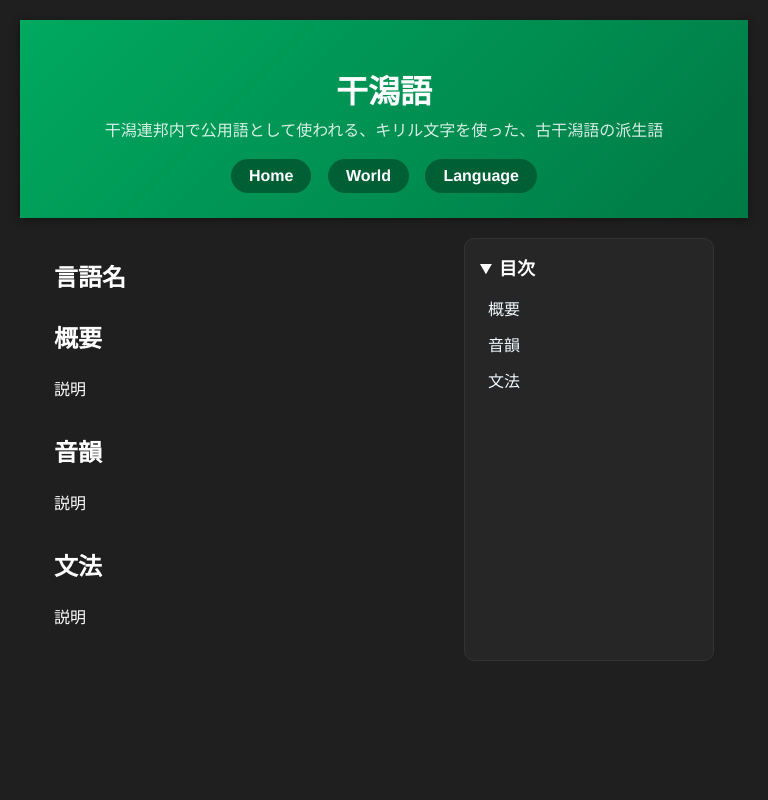
Repository: Player5270-antake/Player5270-antake.github.io
Page: language/hagalen/index.html
An editor plug-in stored every save of this project. The page is shown before and after the next save, followed by the edit.
The browser window is 768 px wide. The pictures show the whole page.

Above is the page before, as saved 2026-03-08 14:26:27.

### language/hagalen/index.html
<!DOCTYPE html>
<html lang="ja">
<head>
    <meta charset="UTF-8">
    <meta name="viewport" content="width=device-width, initial-scale=1.0">
    <title>干潟語 | あんたけのガレージセンター</title>
    <link rel="stylesheet" href="../../css/style.css">
</head>
<body>
    <div class="container">
        <header>
            <h1>干潟語</h1>
            <p>干潟連邦内で公用語として使われる、キリル文字を使った、古干潟語の派生語</p>
            <nav>
                <a href="../../">Home</a>
                <a href="../../world/">World</a>
                <a href="../">Language</a>
            </nav>
        </header>
        <main>
            <div class="page-layout">

                <article class="article">
                <h1>言語名</h1>

                <section id="overview">
                <h2>概要</h2>
                <p>説明</p>
                </section>

                <section id="phonology">
                <h2>音韻</h2>
                <p>説明</p>
                </section>

                <section id="grammar">
                <h2>文法</h2>
                <p>説明</p>
                </section>

                </article>


                <details class="toc" open>
                <summary>目次</summary>
                <ul>
                <li><a href="#overview">概要</a></li>
                <li><a href="#phonology">音韻</a></li>
                <li><a href="#grammar">文法</a></li>
                </ul>
                </details>

                </div>
        </main>
    </div>
</body>
</html>

### css/style.css
/*全体設定*/
*{
    box-sizing:border-box;
}

body{
    background-color:#1f1f1f;
    color: white;
    font-family:'Helvetica Neue','Helvetica','Arial',sans-serif;
    margin:0;
}

html{
    scroll-behavior:smooth;
}

.container{
    max-width:900px;
    margin:0 auto;
    padding:20px;
}

/*ヘッダー設定*/
header{
    background: linear-gradient(135deg,#00a960,#007a45);
    padding:25px;
    text-align:center;
    position:sticky;
    top:0;
    z-index:1000;
    background:linear-gradient(135deg,#00a960,#007a45);
    box-shadow:0 2px 8px rgba(0,0,0,0.4);
}

header h1{
    margin-bottom:5px;
    font-size:32px;
}

header p{
    margin-top:0;
    opacity:0.85;
}

/*ヘッダーUI設定*/
nav{
    margin-top:18px;
}

nav a{
    text-decoration:none;
    color:white;
    background-color:#005f34;
    padding:8px 18px;
    margin:0 6px;
    border-radius:20px;
    font-weight:bold;
    display:inline-block;
}

nav a:hover{
    background-color:#004d2b;
    transform:translateY(-2px);
}

/*本文設定*/
main{
    padding:20px;
    margin-top:20px;
    max-width:700px;
    margin:auto;
}

section{
    margin-bottom:30px;
}

h2{
    margin-bottom:10px;
}

/*本文お知らせ設定*/
.news-list{
    list-style:none;
    padding:0;
    margin-top:10px;
}

.news-list li{
    background:#2a2a2a;
    padding:12px 15px;
    border-radius:8px;
    margin-bottom:10px;
}

.timeline time{
    font-weight:bold;
    color:#00d07a;
    min-width:100px;
}

.timeline li:hover{
    background:#2a2a2a;
}


/*本文UI設定*/
.cards{
    display:grid;
    grid-template-columns:repeat(auto-fit,minmax(250px,1fr));
    gap:20px;
    margin-top:15px;
}

.card{
    display:block;
    background:#2a2a2a;
    padding:20px;
    border-radius:12px;
    text-decoration:none;
    color:aliceblue;
    transition: transform 0.2s, background 0.2s;
    text-align:center;
    height:100%;
}


.card h3{
    margin-top:0;
    margin-bottom:8px;
}

.card:hover{
    background:#333;
    transform:translateY(-3px);
    box-shadow:0 6px 18px rgba(0,0,0,0.4);
}

.card-icon{
    font-size:28px;
    margin-bottom:8px;
}

/*フッター設定*/
footer{
    margin-top:40px;
    padding:25px;
    text-align:center;
    background:#181818;
    border-top:1px solid #333;
}

/*フッターUI設定*/
.footer-nav{
    margin-top:10px;
}

.footer-nav a{
    text-decoration:none;
    color:#aaa;
    margin:0 10px;
}

.footer-nav a:hover{
    color:white;
}

/*ページ目次欄*/
.toc{
    position:sticky;
    top:20px;

    background:#262626;
    border:1px solid #333;
    border-radius:10px;
    padding:15px;
}

.toc summary{
    font-size:18px;
    cursor:pointer;
    font-weight:bold;
}

.toc ul{
    list-style:none;
    padding:0;
    margin:10px 0 0 0;
}

.toc a{
    display:block;
    padding:6px 8px;
    border-radius:6px;
    text-decoration:none;
    color:aliceblue;
}

.toc a:hover{
    background:#333;
}

.toc a:hover{
    background:#333;
}

/*ページ設定*/
.page-layout{
    display:grid;
    grid-template-columns:1fr 250px;
    gap:40px;
}

.article{
    max-width:800px;
    line-height:1.7;
}

After the next save:
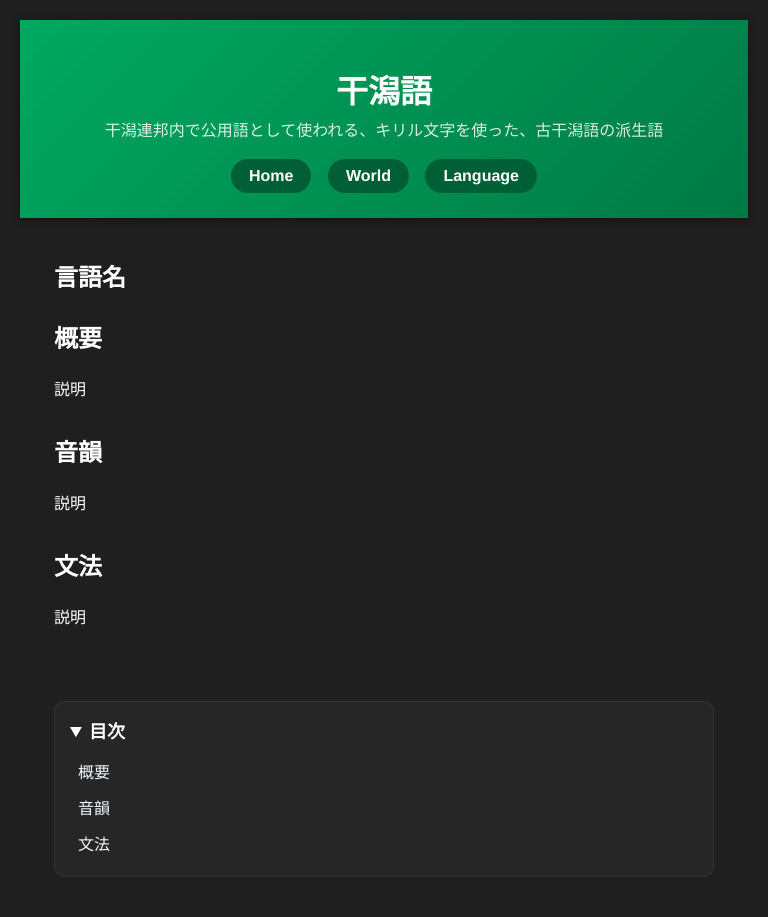
Saved 29 s later.
--- a/css/style.css
+++ b/css/style.css
@@ -215,3 +215,15 @@ footer{
     max-width:800px;
     line-height:1.7;
 }
+
+/*スマホ向け*/
+@media (max-width:900px){
+
+    .page-layout{
+        grid-template-columns:1fr;
+    }
+
+    .toc{
+        position:static;
+    }
+}
